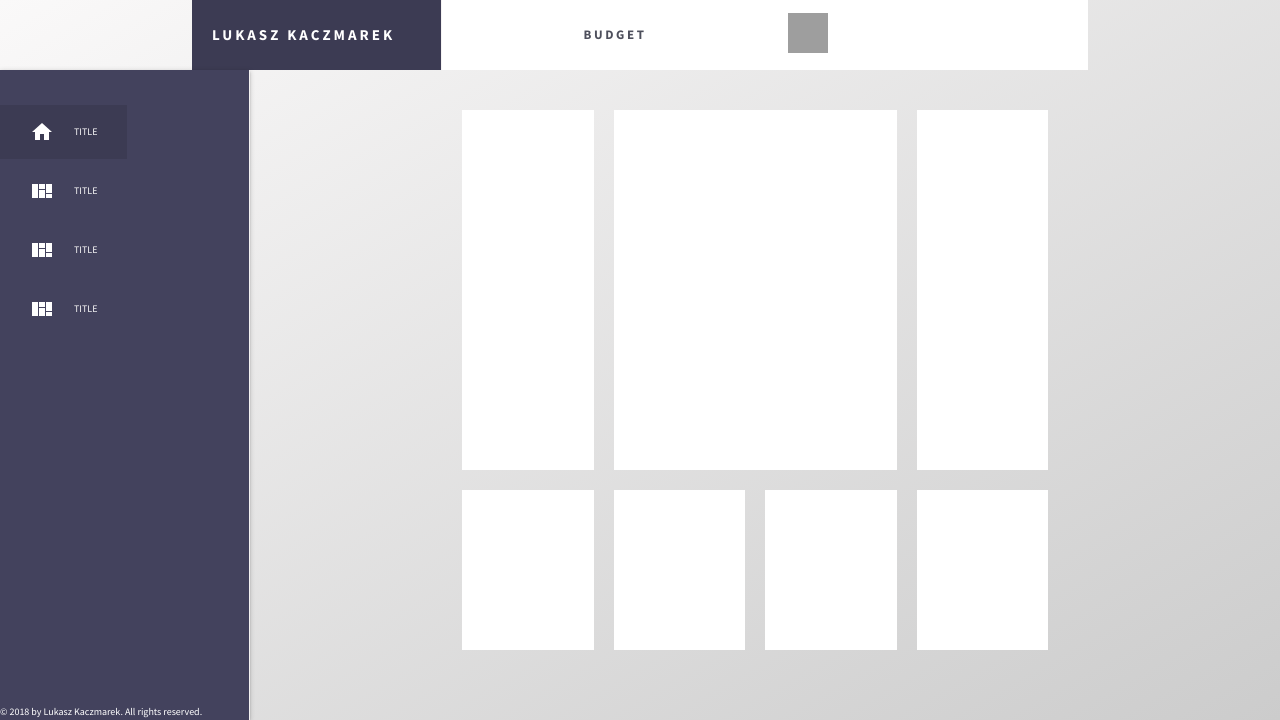
Repository: Archezi/BudgetApplication
Page: index.html
These files come from the project's save history. The page is drawn as it stood at one moment and after the next save; the edit follows.
The browser window is 1280 px wide. The pictures show the whole page.
Pictures or frames that could not be fetched are drawn as grey boxes. The style sheet was rebuilt from its Sass, Less or Tailwind sources for each picture, by a compiler version that may differ from the author's.

Above is the page before, as saved 2018-08-29 11:16:58.

After the next save:
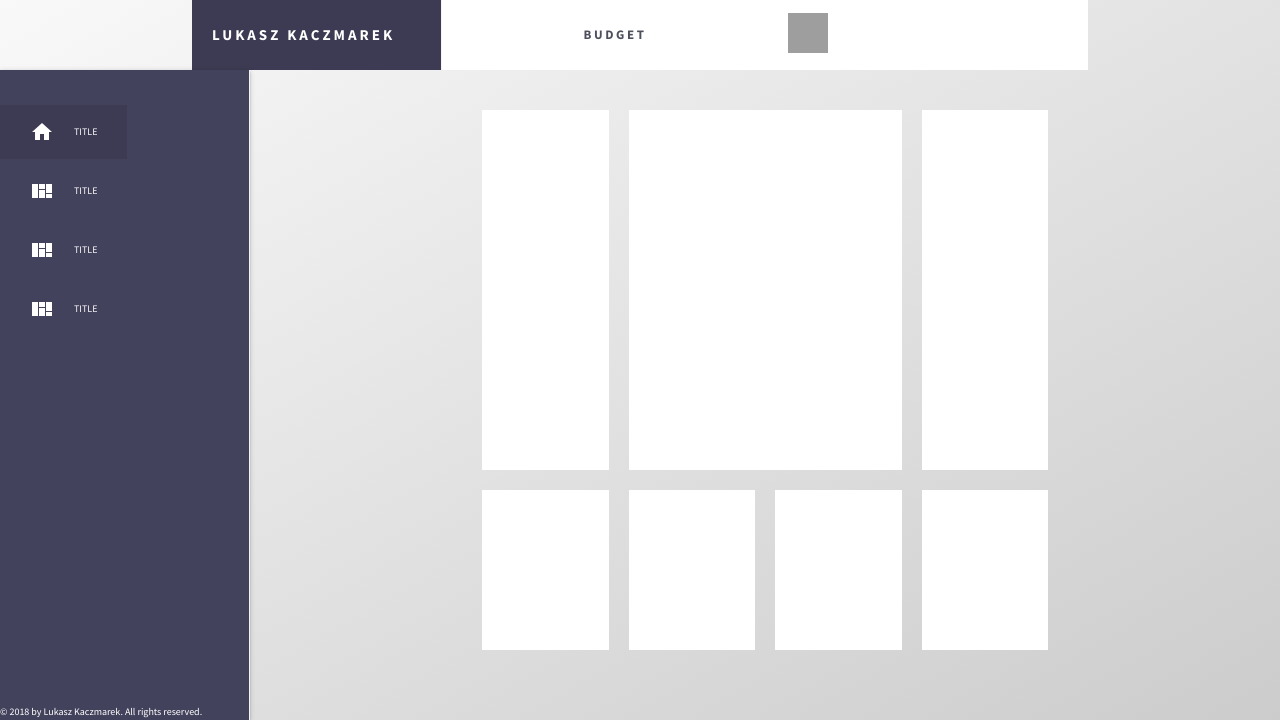
Saved 9 s later.
--- a/sass/components/_layout.scss
+++ b/sass/components/_layout.scss
@@ -29,7 +29,7 @@
     z-index: 999;
 }
 .main {
-    padding: 4rem 4rem 7rem 27rem;
+    padding: 4rem 4rem 7rem 29rem;
     width: 100%;
     height: calc(100vh - 7rem);
     display: grid;
